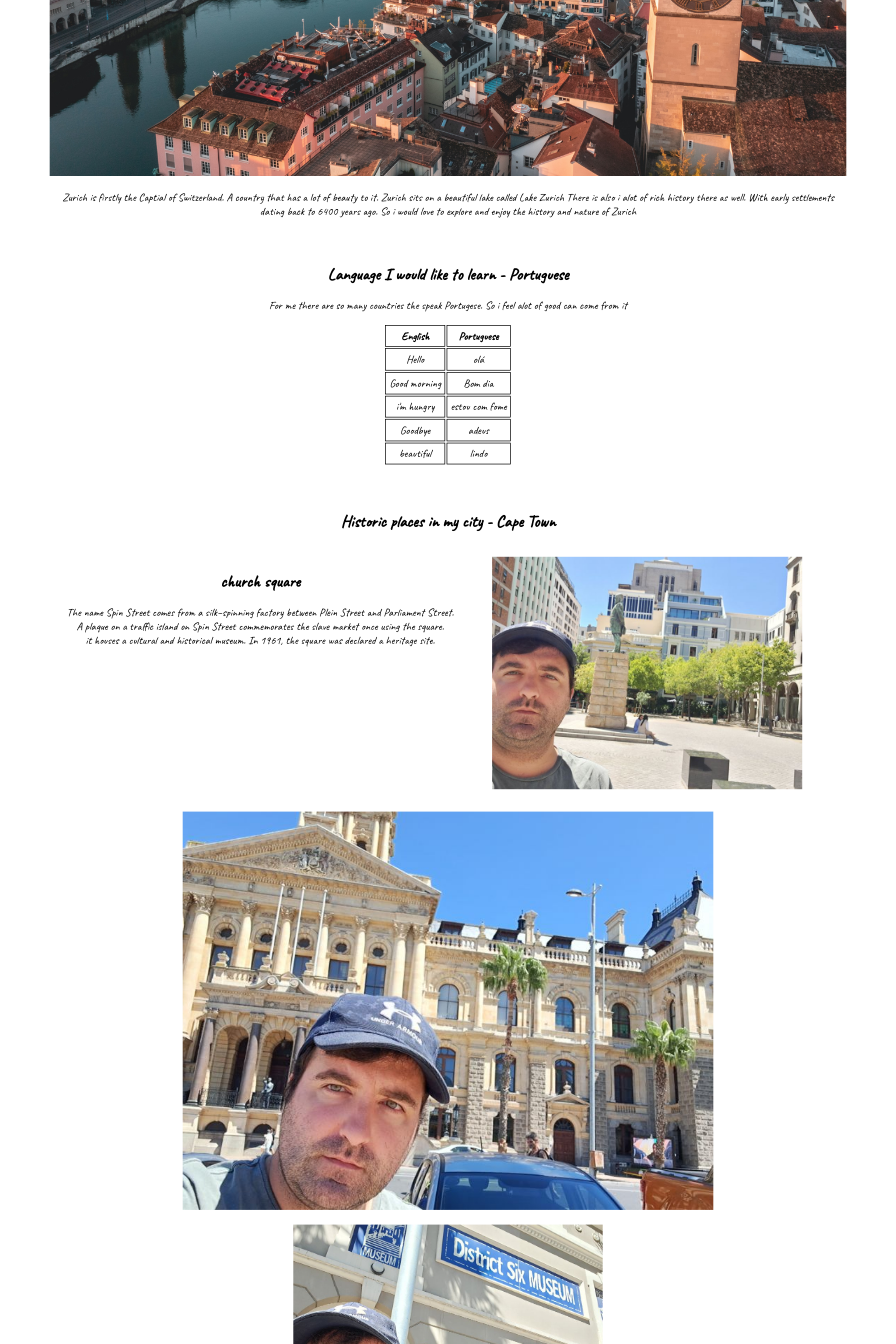
Repository: lasity34/basic-webpage
Page: index.html
The author's editor kept a copy of each file at every save. The page is drawn from the files as they stood at one save, then again after the next save.
The browser window is 1280 px wide. The pictures show the part of the page from y = 1249 to 3169 px (the page is 3393 px tall), at 70% of full size.

Above is the page before, as saved 2023-03-02 15:24:56.

### index.html
<!DOCTYPE html>
<html lang="en">
  <link rel="stylesheet" type="text/css" href="styles.css" />
  <link rel="preconnect" href="https://fonts.googleapis.com" />
  <link rel="preconnect" href="https://fonts.gstatic.com" crossorigin />
  <link
    href="https://fonts.googleapis.com/css2?family=Caveat&display=swap"
    rel="stylesheet"
  />
  <head>
    <meta charset="UTF-8" />
    <meta http-equiv="X-UA-Compatible" content="IE=edge" />
    <meta name="viewport" content="width=device-width, initial-scale=1.0" />
    <title>Bjorns Profile Reponsive</title>
  </head>
  <body>
    <main>
      <section id="profile_section">
        <h1 id="profile_name">Bjorn Worrall</h1>
        <div id="img_container">
          <img
            id="profile_img"
            src="./images/profile.jpg"
            alt="A picture of me with table Mountain at the back"
          />
        </div>
      </section>
      <section id="city_section">
        <h1>City i would like to visit - Zurich</h1>
        <img src="./images/zurich.jpg" width="100%" />
        <p>
          Zurich is firstly the Captial of Switzerland. A country that has a lot
          of beauty to it. Zurich sits on a beautiful lake called Lake Zurich
          There is also i alot of rich history there as well. With early
          settlements dating back to 6400 years ago. So i would love to explore
          and enjoy the history and nature of Zurich
        </p>
      </section>
      <section id="language">
        <h1>Language I would like to learn - Portuguese</h1>
        <p>
          For me there are so many countries the speak Portugese. So i feel alot
          of good can come from it
        </p>

        <table>
          <tr>
            <th>English</th>
            <th>Portuguese</th>
          </tr>
          <tr>
            <td>Hello</td>
            <td>olá</td>
          </tr>
          <tr>
            <td>Good morning</td>
            <td>Bom dia</td>
          </tr>
          <tr>
            <td>i'm hungry</td>
            <td>estou com fome</td>
          </tr>
          <tr>
            <td>Goodbye</td>
            <td>adeus</td>
          </tr>
          <tr>
            <td>beautiful</td>
            <td>lindo</td>
          </tr>
        </table>
      </section>
      <section>
        <h1>Historic places in my city - Cape Town</h1>
        <div class="places_container">
          <div class="places_info">
            <h2>church square</h2>
            <li>
              The name Spin Street comes from a silk–spinning factory between
              Plein Street and Parliament Street.
            </li>
            <li>
              A plaque on a traffic island on Spin Street commemorates the slave
              market once using the square.
            </li>
            <li>
              it houses a cultural and historical museum. In 1961, the square
              was declared a heritage site.
            </li>
          </div>
          <img src="./images/church_square.jpg" />
        </div>
        <div >
          <p></p>
          <img src="./images/city_hall.jpg" />
        </div>
        <div class="places_container">
          <img src="./images/district_6.jpg" />
        </div>
      </section>
    </main>
  </body>
</html>

### styles.css
/* global */

* {
  font-family: "Caveat", "Arial Narrow", Arial, sans-serif;
}

main {
  max-width: 90%;
  margin: 3rem auto;
}

li {
  list-style: none;
}

section {
  margin-top: 4rem;
  text-align: center;
}

/* profile */

#profile_name {
  font-size: 1.4rem;
  text-align: center;
}

#img_container {
  text-align: center;
}

#profile_img {
  width: 60%;
}

/* language */

table {
  margin: auto;
}

td,
th {
  border: 1px solid black;
  padding: 0.3em;
}

/* historic places */

.places_container {
  display: flex;
  padding: 1em;
  justify-content: space-around;
}

.places_info {
    padding: 0 0.5em;
}

.places_container img {
  width: 40%;
  height: 40%;
  margin: auto;
}

After the next save:
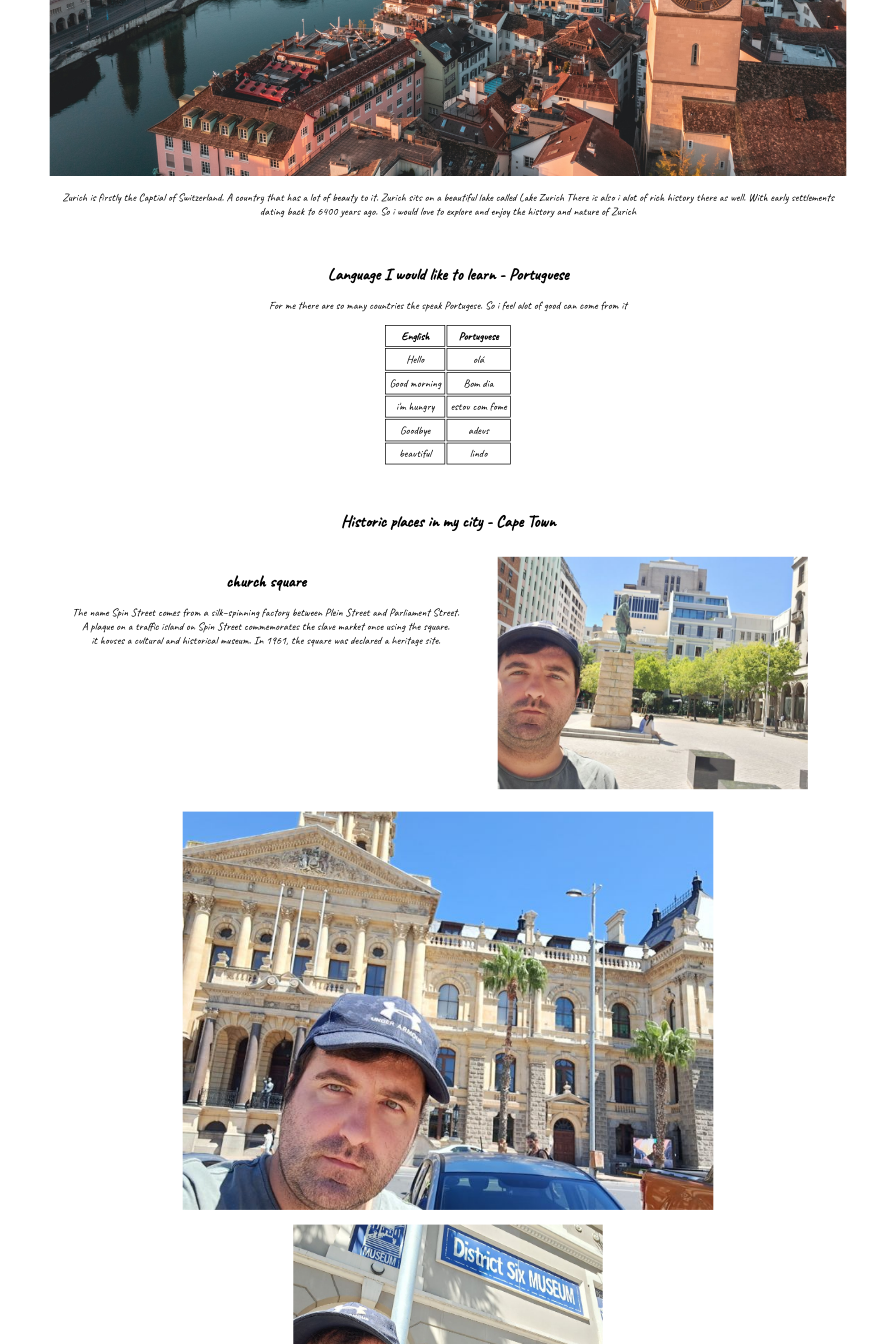
Saved 39 s later.
--- a/styles.css
+++ b/styles.css
@@ -54,7 +54,7 @@
 }
 
 .places_info {
-    padding: 0 0.5em;
+    padding: 0 1em;
 }
 
 .places_container img {

After the save that followed:
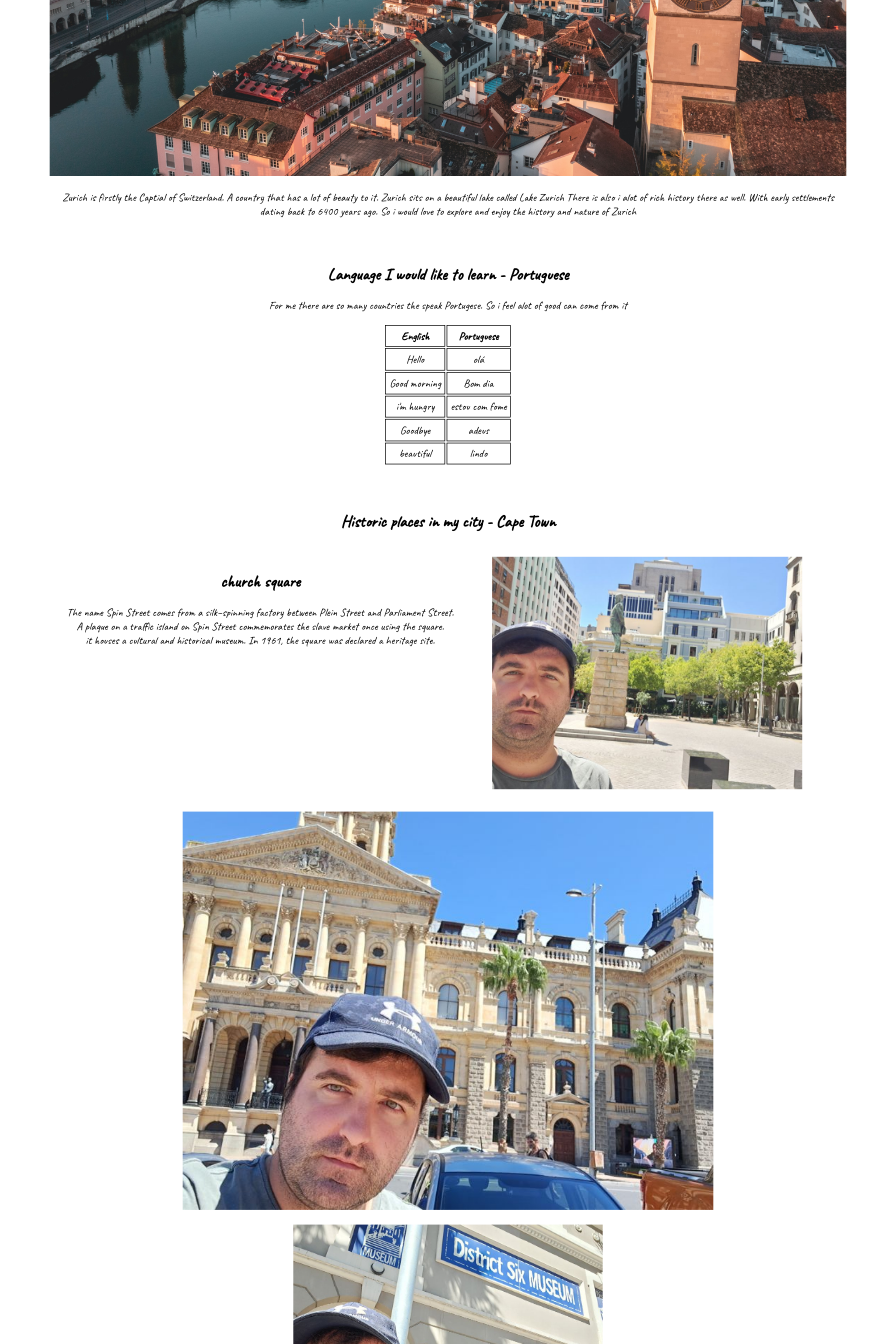
Saved 20 s later.
--- a/styles.css
+++ b/styles.css
@@ -54,7 +54,7 @@
 }
 
 .places_info {
-    padding: 0 1em;
+    padding: 0 0.5em;
 }
 
 .places_container img {
